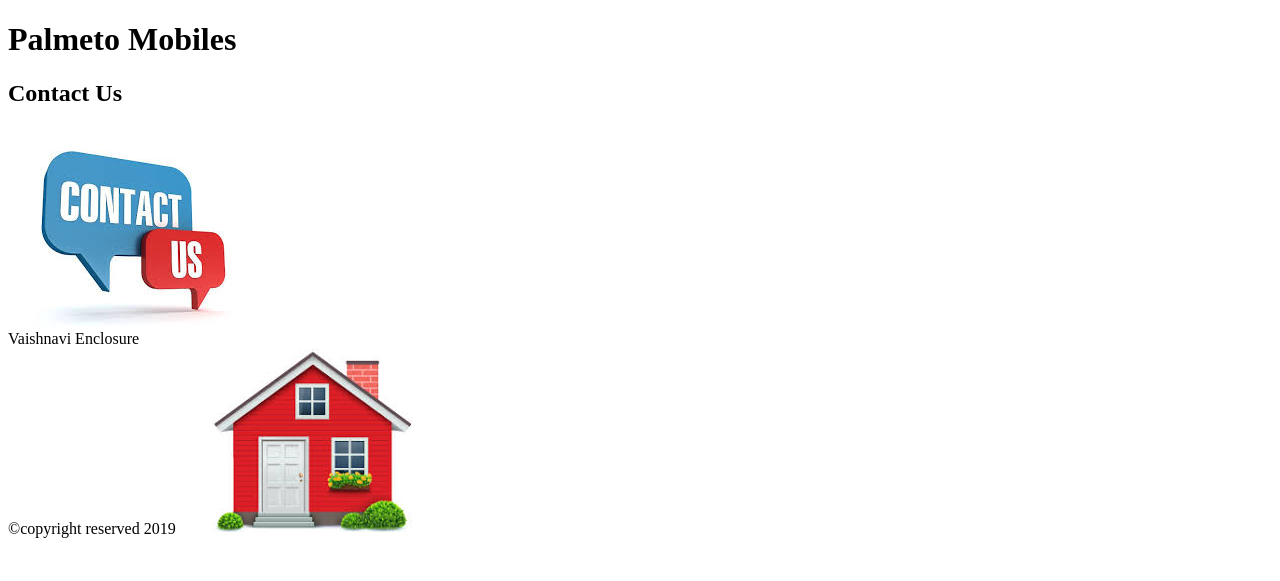
Repository: abhishekj720/HSBCLearn
Page: gagan/JEE/HtmlCssDemo/WebContent/contactus.html
The author's editor kept a copy of each file at every save. The page is drawn from the files as they stood at one save, then again after the next save.
The browser window is 1280 px wide. The pictures show the whole page.

Above is the page before, as saved 2019-07-29 06:36:29.

After the next save:
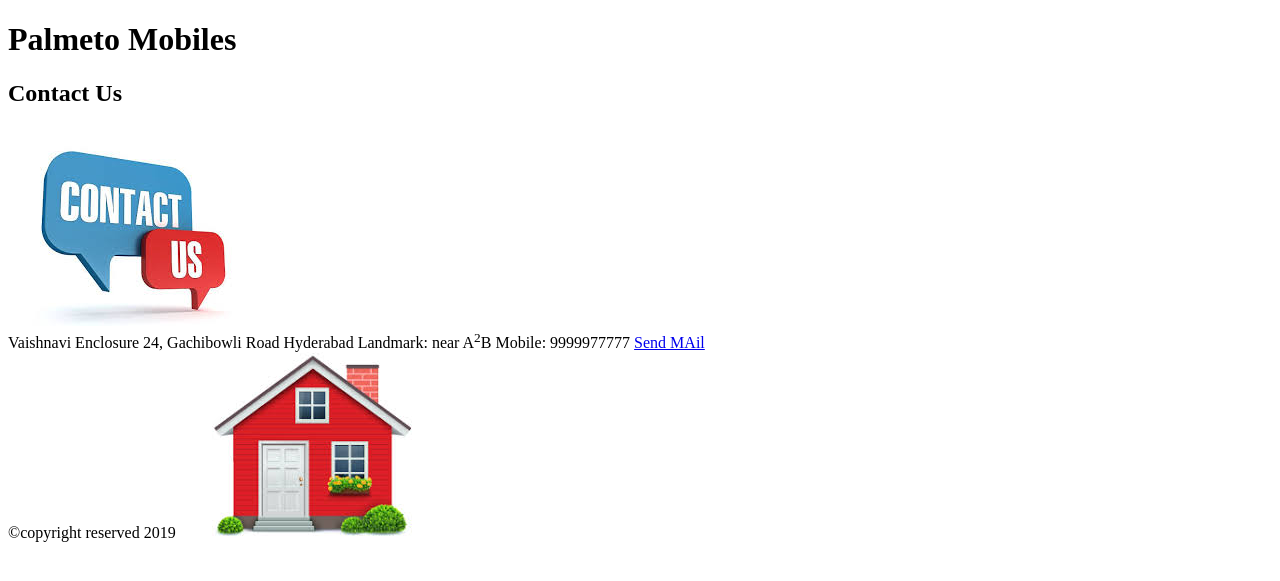
Saved 2 min 50 s later.
--- a/gagan/JEE/HtmlCssDemo/WebContent/contactus.html
+++ b/gagan/JEE/HtmlCssDemo/WebContent/contactus.html
@@ -14,7 +14,14 @@
 	<h2>Contact Us</h2>
 	<div>
 	<img src = "images/contactus.jpg"/><br/>
-	<span =>Vaishnavi Enclosure</span>
+	<span >Vaishnavi Enclosure</span>
+	<span>24, Gachibowli Road</span>
+	<span>Hyderabad</span>
+	<span>Landmark: near A<sup>2</sup>B</span>
+	<span>Mobile: 9999977777</span>
+	<span><a href="mailto:hr@palmeto.com">Send MAil</a>  </span>
+
+
 	</div>
 </article>
 <footer>
